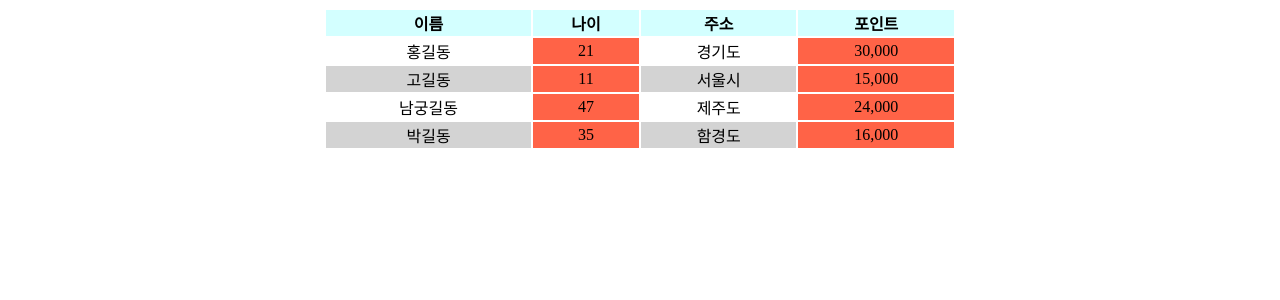
Repository: Kebiskim/2023_WebStudy
Page: 01_01_html/src/main/webapp/day03/Ex04_tableStyling.html
An editor plug-in stored every save of this project. The page is shown before and after the next save, followed by the edit.
The browser window is 1280 px wide. The pictures show the whole page.

Above is the page before, as saved 2023-06-21 02:05:08.

After the next save:
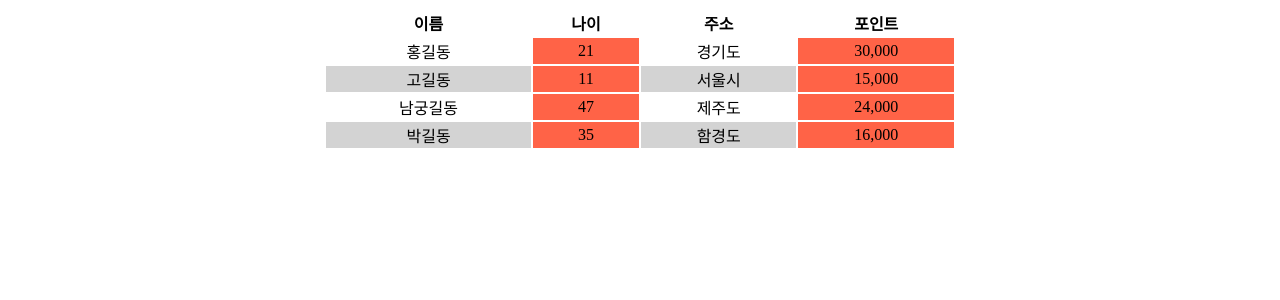
Saved 21 s later.
--- a/01_01_html/src/main/webapp/day03/Ex04_tableStyling.html
+++ b/01_01_html/src/main/webapp/day03/Ex04_tableStyling.html
@@ -22,7 +22,7 @@
 		background-color: tomato;
 	}
 
-	thead tr{
+	thead tr:nth-child(2){
 		background-color: #d3ffff;
 	}
 
